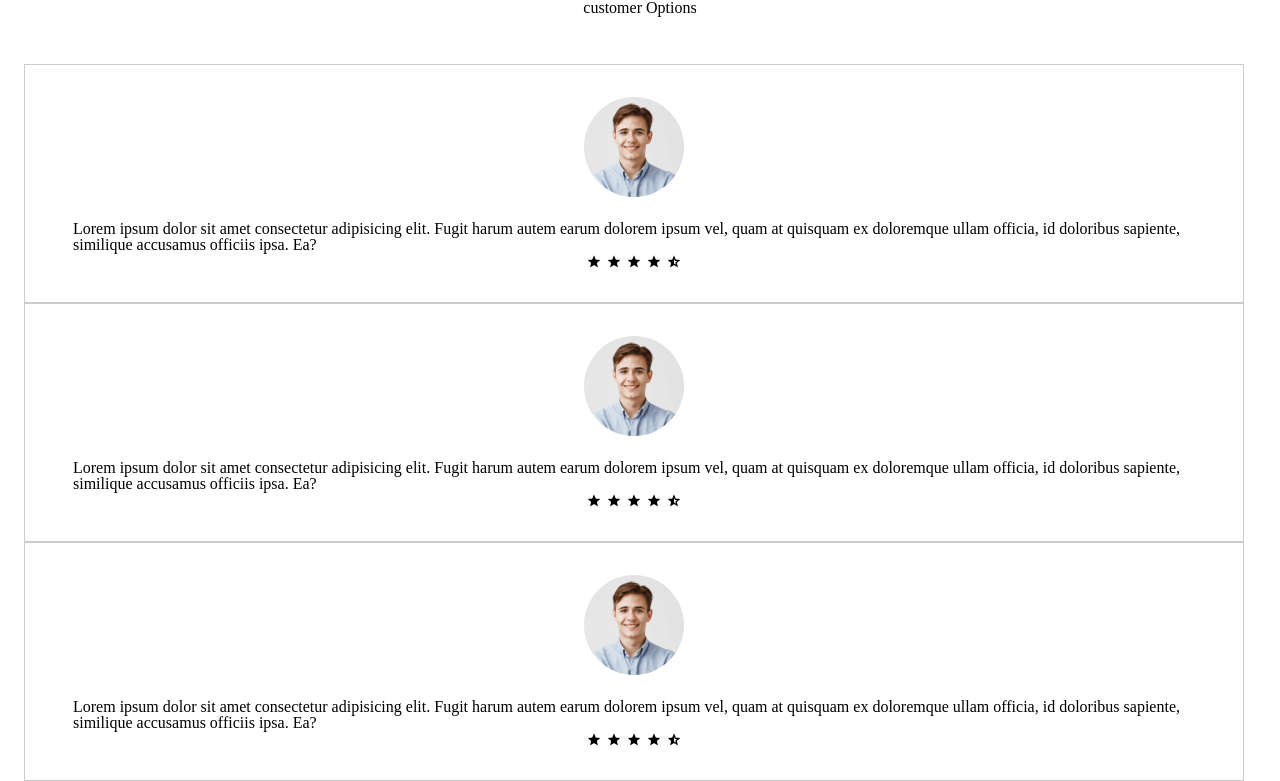
Repository: dinhhaidh/slider-3
Page: index.html
These files come from the project's save history. The page is drawn as it stood at one moment and after the next save; the edit follows.
The browser window is 1280 px wide. The pictures show the whole page.

Above is the page before, as saved 2024-03-22 20:19:48.

After the next save:
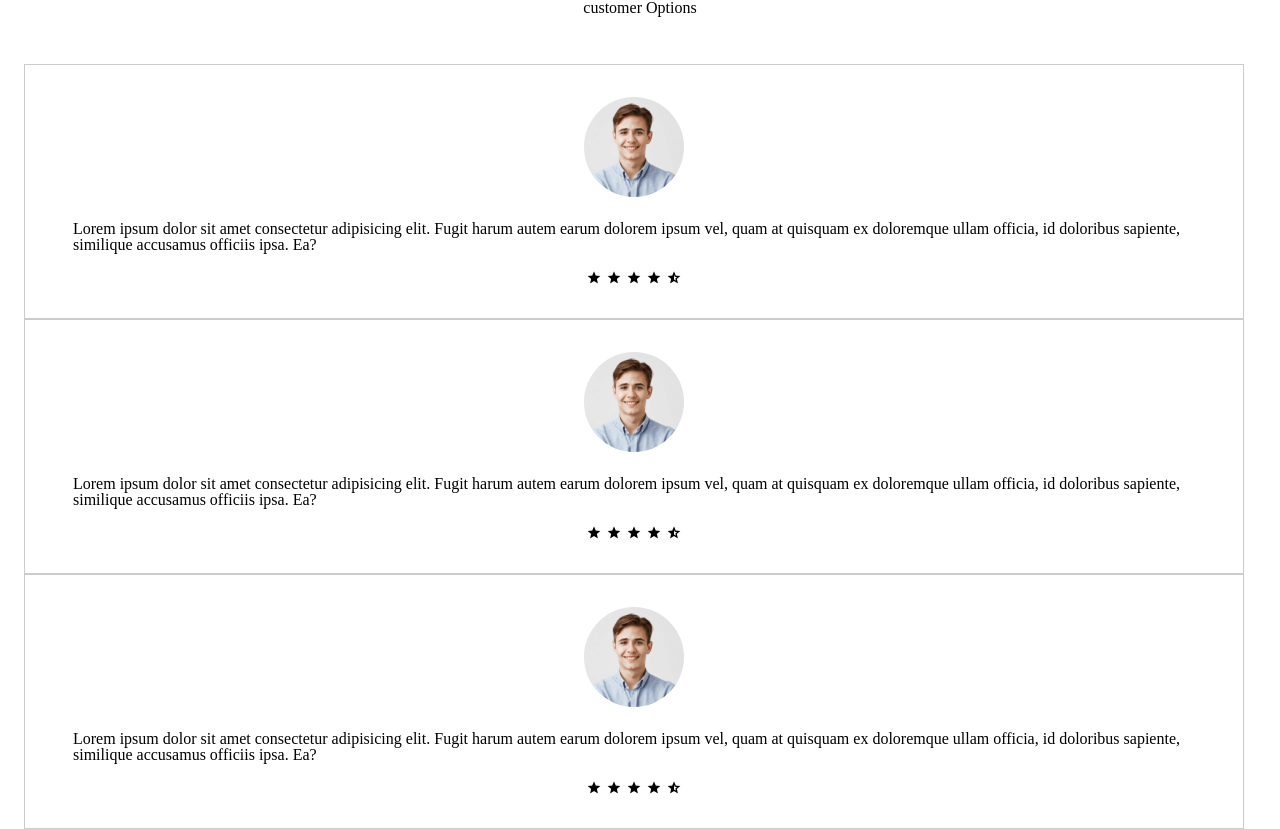
Saved 49 s later.
--- a/style.css
+++ b/style.css
@@ -66,6 +66,9 @@ body {
     border-radius: 50%;
     margin: 0 auto 1.5rem;
 }
+.customer__article p {
+    margin-bottom: 1rem;
+}
 .customer__star{
 
 }
